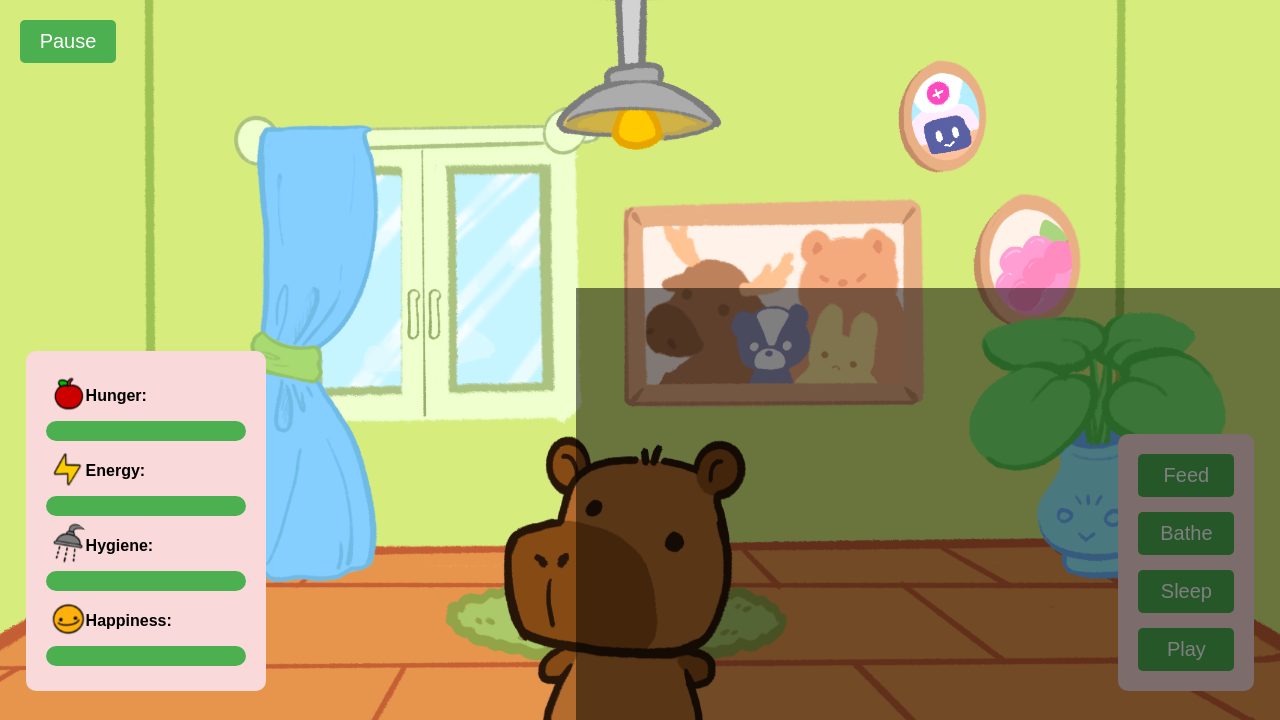
Repository: sarahjx/CapyCare
Page: html/index.html
The author's editor kept a copy of each file at every save. The page is drawn from the files as they stood at one save, then again after the next save.
The browser window is 1280 px wide. The pictures show the whole page.
Some web fonts or font styles are not loaded; a fallback is used.

Above is the page before, as saved 2025-05-01 14:49:11.
Console error: TypeError: Cannot set properties of null (setting 'innerText')

After the next save:
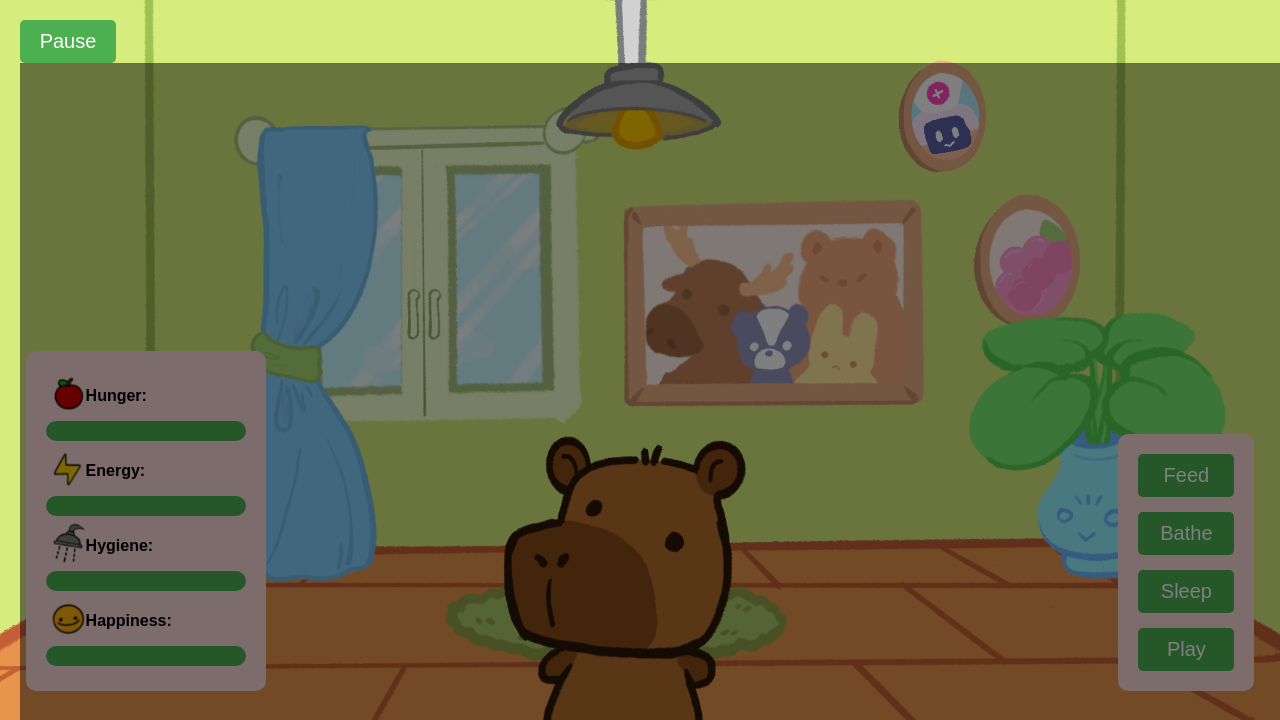
Saved 7 s later.
--- a/css/statusbar.css
+++ b/css/statusbar.css
@@ -174,8 +174,6 @@
   flex-direction: column;
   justify-content: center;
   align-items: center;
-  left: 45%;
-  top: 40%;
   padding: 1512px;
   margin: 0;
   background-color: rgba(0, 0, 0, 0.5);

After the 3 saves that followed:
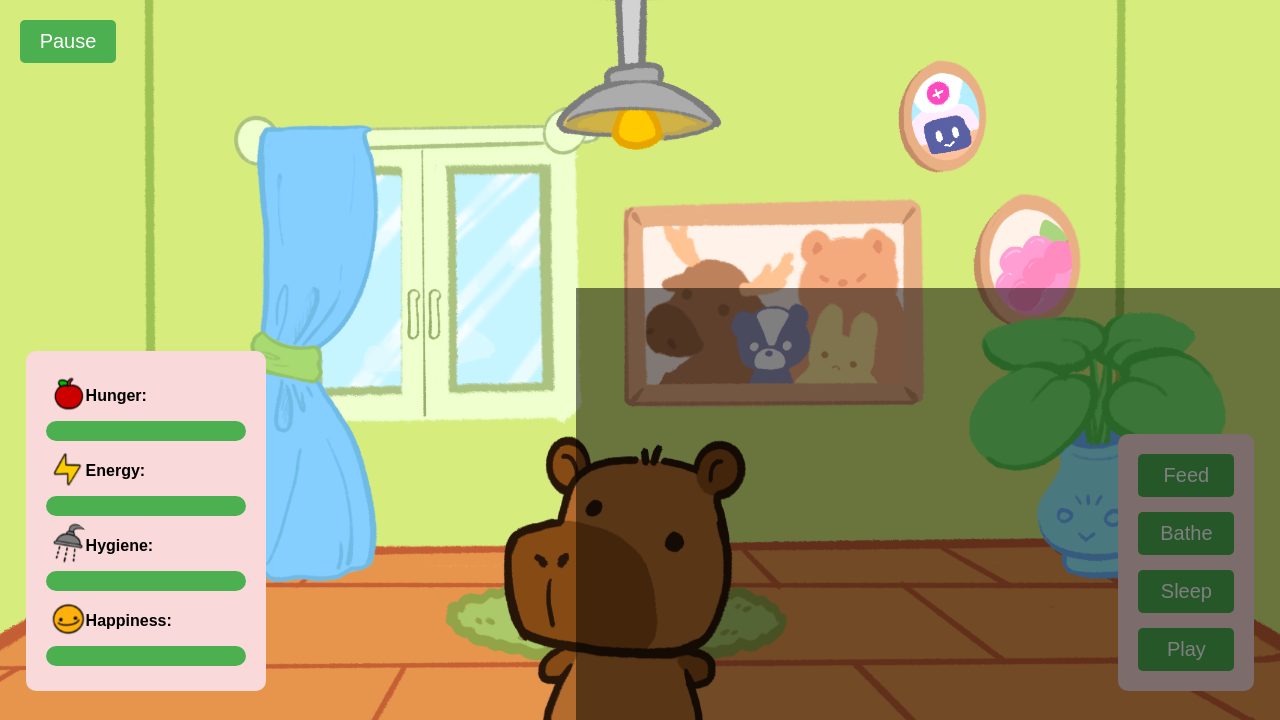
The 3 saves are shown as one change because they came seconds apart.
The last was saved 7 s later.
--- a/css/statusbar.css
+++ b/css/statusbar.css
@@ -174,7 +174,9 @@
   flex-direction: column;
   justify-content: center;
   align-items: center;
-  padding: 1512px;
+  left: 45%;
+  top: 40%;
+  padding: 500px;
   margin: 0;
   background-color: rgba(0, 0, 0, 0.5);
   color: white;
